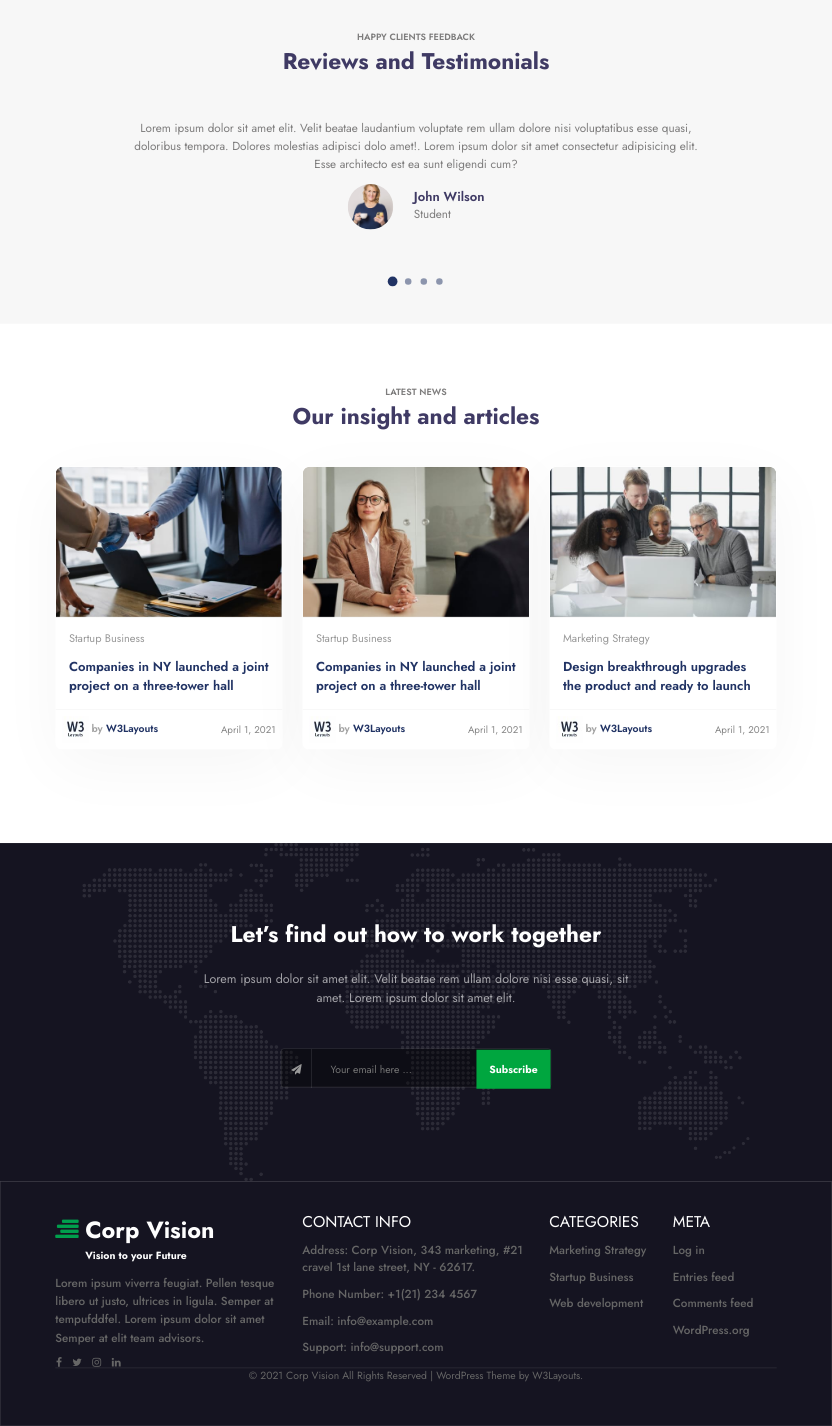
Repository: khaipnp/corpvision
Page: index.html
The author's editor kept a copy of each file at every save. The page is drawn from the files as they stood at one save, then again after the next save.
The browser window is 1280 px wide. The pictures show the whole page, at 65% of full size.

Above is the page before, as saved 2021-07-04 15:25:51.

### index.html
<!DOCTYPE html>
<html lang="en">
  <head>
    <meta charset="UTF-8" />
    <meta http-equiv="X-UA-Compatible" content="IE=edge" />
    <meta name="viewport" content="width=device-width, initial-scale=1.0" />
    <title>Corpvision</title>
    <meta name="description" content="Corpvision Website" />
    <!-- FONT-GOOGLE -->
    <link rel="preconnect" href="https://fonts.gstatic.com" />
    <link
      href="https://fonts.googleapis.com/css2?family=Jost:ital,wght@0,100;0,200;0,300;0,400;0,500;0,600;0,700;0,800;0,900;1,400&display=swap"
      rel="stylesheet"
    />
    <!-- FONT-AWSOME -->
    <link
      rel="stylesheet"
      href="https://cdnjs.cloudflare.com/ajax/libs/font-awesome/5.15.3/css/all.min.css"
      integrity="sha512-iBBXm8fW90+nuLcSKlbmrPcLa0OT92xO1BIsZ+ywDWZCvqsWgccV3gFoRBv0z+8dLJgyAHIhR35VZc2oM/gI1w=="
      crossorigin="anonymous"
      referrerpolicy="no-referrer"
    />
    <link rel="stylesheet" href="./css/font-awesome.min.css" />
    <!-- OWL CAROUSEL -->
    <link
      rel="stylesheet"
      href="https://cdnjs.cloudflare.com/ajax/libs/OwlCarousel2/2.3.4/assets/owl.carousel.min.css"
      integrity="sha512-tS3S5qG0BlhnQROyJXvNjeEM4UpMXHrQfTGmbQ1gKmelCxlSEBUaxhRBj/EFTzpbP4RVSrpEikbmdJobCvhE3g=="
      crossorigin="anonymous"
      referrerpolicy="no-referrer"
    />
    <link
      rel="stylesheet"
      href="https://cdnjs.cloudflare.com/ajax/libs/OwlCarousel2/2.3.4/assets/owl.theme.default.css"
      integrity="sha512-OTcub78R3msOCtY3Tc6FzeDJ8N9qvQn1Ph49ou13xgA9VsH9+LRxoFU6EqLhW4+PKRfU+/HReXmSZXHEkpYoOA=="
      crossorigin="anonymous"
      referrerpolicy="no-referrer"
    />
    <!-- BOOTSTRAP -->
    <link
      rel="stylesheet"
      href="https://cdn.jsdelivr.net/npm/bootstrap@4.6.0/dist/css/bootstrap.min.css"
      integrity="sha384-B0vP5xmATw1+K9KRQjQERJvTumQW0nPEzvF6L/Z6nronJ3oUOFUFpCjEUQouq2+l"
      crossorigin="anonymous"
    />
    <!-- MAIN CSS -->
    <link rel="stylesheet" href="./css/main.css" />
  </head>
  <body>
    <header></header>
    <section class="feedback">
      <div class="feedback__content py-5">
        <div class="container">
          <h5 class="small-title col-12 text-center">Happy clients Feedback</h5>
          <h3 class="big-title col-12 text-center">Reviews and Testimonials</h3>
          <div class="testimonials owl-carousel owl-theme">
            <div class="testimonials__item">
              <p class="text-center col-12">
                Lorem ipsum dolor sit amet elit. Velit beatae laudantium
                voluptate rem ullam dolore nisi voluptatibus esse quasi,
                doloribus tempora. Dolores molestias adipisci dolo amet!. Lorem
                ipsum dolor sit amet consectetur adipisicing elit. Esse
                architecto est ea sunt eligendi cum?
              </p>
              <div
                class="
                  testimonials__desc
                  row
                  align-items-center
                  justify-content-center
                "
              >
                <div class="avatar mr-3">
                  <img src="./img/team1.jpg" alt="team 1" />
                </div>
                <div class="name ml-3">
                  <h3>John Wilson</h3>
                  <p>Student</p>
                </div>
              </div>
            </div>
            <div class="testimonials__item">
              <p class="text-center col-12">
                Lorem ipsum dolor sit amet elit. Velit beatae laudantium
                voluptate rem ullam dolore nisi voluptatibus esse quasi,
                doloribus tempora. Dolores molestias adipisci dolo amet!. Lorem
                ipsum dolor sit amet consectetur adipisicing elit. Esse
                architecto est ea sunt eligendi cum?
              </p>
              <div
                class="
                  testimonials__desc
                  row
                  align-items-center
                  justify-content-center
                "
              >
                <div class="avatar mr-3">
                  <img src="./img/team2.jpg" alt="team 2" />
                </div>
                <div class="name ml-3">
                  <h3>Julia Sakura</h3>
                  <p>Student</p>
                </div>
              </div>
            </div>
            <div class="testimonials__item">
              <p class="text-center col-12">
                Lorem ipsum dolor sit amet elit. Velit beatae laudantium
                voluptate rem ullam dolore nisi voluptatibus esse quasi,
                doloribus tempora. Dolores molestias adipisci dolo amet!. Lorem
                ipsum dolor sit amet consectetur adipisicing elit. Esse
                architecto est ea sunt eligendi cum?
              </p>
              <div
                class="
                  testimonials__desc
                  row
                  align-items-center
                  justify-content-center
                "
              >
                <div class="avatar mr-3">
                  <img src="./img/team3.jpg" alt="team 3" />
                </div>
                <div class="name ml-3">
                  <h3>Roy Linderson</h3>
                  <p>Student</p>
                </div>
              </div>
            </div>
            <div class="testimonials__item">
              <p class="text-center col-12">
                Lorem ipsum dolor sit amet elit. Velit beatae laudantium
                voluptate rem ullam dolore nisi voluptatibus esse quasi,
                doloribus tempora. Dolores molestias adipisci dolo amet!. Lorem
                ipsum dolor sit amet consectetur adipisicing elit. Esse
                architecto est ea sunt eligendi cum?
              </p>
              <div
                class="
                  testimonials__desc
                  row
                  align-items-center
                  justify-content-center
                "
              >
                <div class="avatar mr-3">
                  <img src="./img/team4.jpg" alt="team 4" />
                </div>
                <div class="name ml-3">
                  <h3>Smith Johnson</h3>
                  <p>Student</p>
                </div>
              </div>
            </div>
          </div>
        </div>
      </div>
    </section>
    <section class="news py-5">
      <div class="news__content py-5">
        <div class="container">
          <h5 class="small-title col-12 text-center">LATEST NEWS</h5>
          <h3 class="big-title col-12 text-center">Our insight and articles</h3>
          <div class="row py-5">
            <div class="news__item col-md-6 col-lg-4">
              <div class="news__card">
                <div class="card__thumbnail p-0 position-relative">
                  <img src="./img/blog1.jpg" alt="blog 1" />
                </div>
                <div class="card__content">
                  <p>Startup Business</p>
                  <a href="#">Companies in NY launched a joint project on a three-tower
                    hall</a>
                </div>
                <div class="card__footer">
                  <span><img src="./img/icon.jpeg" alt="" /> by <a href="#">W3Layouts</a></span>
                  <p>April 1, 2021</p>
                </div>
              </div>
            </div>
            <div class="news__item col-md-6 col-lg-4">
              <div class="news__card">
                <div class="card__thumbnail p-0 position-relative">
                  <img src="./img/blog2.jpg" alt="blog 1" />
                </div>
                <div class="card__content">
                  <p>Startup Business</p>
                  <a href="#">Companies in NY launched a joint project on a three-tower
                    hall</a>
                </div>
                <div class="card__footer">
                  <span><img src="./img/icon.jpeg" alt="" /> by <a href="#">W3Layouts</a></span>
                  <p>April 1, 2021</p>
                </div>
              </div>
            </div>
            <div class="news__item col-md-6 col-lg-4">
              <div class="news__card">
                <div class="card__thumbnail p-0 position-relative">
                  <img src="./img/blog3.jpg" alt="blog 1" />
                </div>
                <div class="card__content">
                  <p>Marketing Strategy</p>
                  <a href="#">Design breakthrough upgrades the product and ready to launch</a>
                </div>
                <div class="card__footer">
                  <span><img src="./img/icon.jpeg" alt="" /> by <a href="#">W3Layouts</a></span>
                  <p>April 1, 2021</p>
                </div>
              </div>
            </div>
          </div>
        </div>
      </div>
    </section>
    <div class="subscribe py-5">
      <div class="container">
        <div class="sub__box my-5 mx-auto align-items-center justify-content-center">
          <h3 class="big-title py-4 col-12 text-center">Let’s find out how to work together<h3>
          <p class="col-12 text-center">Lorem ipsum dolor sit amet elit. Velit beatae rem ullam dolore nisi esse quasi, sit amet. Lorem ipsum dolor sit amet elit.</p>
          <div class="input__email justify-content-center py-5">
            <form>
              <i class="fa fa-paper-plane"></i>
              <input type="email" placeholder="Your email here ...">
              <button>Subscribe</button>
            </form>
          </div>
        </div>
      </div>
    </div>
    <footer>
      <div class="footer__info container py-5">
        <div class="row">
          <div class="footer__content col-md-6 col-lg-4">
            <div class="logo__footer__content pb-3">
              <div class="logo__footer"><i class="fa fa-align-right"></i>Corp Vision</div>
              <div class="slogan">Vision to your Future</div>
            </div>
            <p>Lorem ipsum viverra feugiat. Pellen tesque libero ut justo, ultrices in ligula. Semper at tempufddfel. Lorem ipsum dolor sit amet Semper at elit team advisors.</p>
            <div class="social__network row justify-content-start">
              <i class="fa fa-facebook pl-3"></i>
              <i class="fa fa-twitter pl-3"></i>
              <i class="fa fa-instagram pl-3"></i>
              <i class="fa fa-linkedin pl-3"></i>
            </div>
          </div>
          <div class="footer__content col-md-6 col-lg-4 mt-md-0 mt-5">
            <h4>CONTACT INFO</h4>
            <ul class="list-group list-group-flush">
              <li class="list-group-item">Address: Corp Vision, 343 marketing, #21 cravel 1st lane street, NY - 62617.</li>
              <li class="list-group-item">Phone Number: <a href="tel:+1212344567">+1(21) 234 4567</a></li>
              <li class="list-group-item">Email: <a href="mailto:">info@example.com</a></li>
              <li class="list-group-item">Support: <a href="mailto:">info@support.com</a></li>
            </ul>
          </div>
          <div class="footer__content col-md-6 col-lg-2 mt-lg-0 mt-5">
            <h4>CATEGORIES</h4>
            <ul class="list-group list-group-flush">
              <li class="list-group-item"><a href="/">Marketing Strategy</a></li>
              <li class="list-group-item"><a href="/">Startup Business</a></li>
              <li class="list-group-item"><a href="/">Web development</a></li>
            </ul>
          </div>
          <div class="footer__content col-md-6 col-lg-2 mt-lg-0 mt-5">
            <h4>META</h4>
            <ul class="list-group list-group-flush">
              <li class="list-group-item"><a href="/">Log in</a></li>
              <li class="list-group-item"><a href="/">Entries feed</a></li>
              <li class="list-group-item"><a href="/">Comments feed</a></li>
              <li class="list-group-item"><a href="/">WordPress.org</a></li>
            </ul>
          </div>
        </div>
        <div class="copyright text-center">
          <div class="container">
            <p>© 2021 Corp Vision All Rights Reserved | WordPress Theme by W3Layouts.</p>
          </div>
        </div>
      </div>
    </footer>
    <!-- SCRIPT -->
    <!-- BOOTSTRAP -->
    <script
      src="https://cdnjs.cloudflare.com/ajax/libs/jquery/3.6.0/jquery.js"
      integrity="sha512-n/4gHW3atM3QqRcbCn6ewmpxcLAHGaDjpEBu4xZd47N0W2oQ+6q7oc3PXstrJYXcbNU1OHdQ1T7pAP+gi5Yu8g=="
      crossorigin="anonymous"
      referrerpolicy="no-referrer"
    ></script>
    <script
      src="https://cdn.jsdelivr.net/npm/bootstrap@4.6.0/dist/js/bootstrap.bundle.min.js"
      integrity="sha384-Piv4xVNRyMGpqkS2by6br4gNJ7DXjqk09RmUpJ8jgGtD7zP9yug3goQfGII0yAns"
      crossorigin="anonymous"
    ></script>
    <!-- OWL CAROUSEL -->
    <script src="./js/owl.carousel.min.js"></script>
    <script>
      $(document).ready(function () {
        $(".owl-carousel").owlCarousel({
          navigation: false,
          slideSpeed: 300,
          paginationSpeed: 400,
          singleItem: true,
          items: 1,
          // itemsDesktop : false,
          // itemsDesktopSmall : false,
          // itemsTablet: false,
          // itemsMobile : false
        });
      });
    </script>
  </body>
</html>

### css/main.css
* {
  padding: 0;
  margin: 0;
  box-sizing: border-box;
}

html,
body {
  font-family: "Jost", sans-serif;
  background: #fff;
}

.small-title {
  color: #7e7d7d;
  font-size: 14px;
  font-weight: 600;
  text-transform: uppercase;
}

.big-title {
  color: #3f3a64;
  font-size: 35px;
  font-weight: 700;
}

/* FEEDBACK */
.feedback {
  background-color: #f7f7f7;
}

.testimonials__item {
  margin: 60px auto;
  display: block;
  max-width: 900px;
  height: auto;
}

.testimonials__item p {
  color: #7e7d7d;
  font-size: 18px;
  line-height: 28px;
}

.testimonials__desc .avatar {
  width: 70px;
  height: 70px;
  overflow: hidden;
  border-radius: 50%;
}

.testimonials__desc .avatar img {
  width: 100%;
  height: 100%;
  object-fit: cover;
}

.name h3 {
  font-size: 20px;
  margin: 0;
  font-weight: 600;
  color: #3f3a64;
}
.name p {
  font-style: normal;
  margin-bottom: 0;
}

.owl-theme .owl-dots .owl-dot.active span,
.owl-theme .owl-dots .owl-dot span {
  background: rgba(33, 51, 100, 0.5);
  transform: scale(1);
  transition: all 0.5s;
}

.owl-theme .owl-dots .owl-dot.active span,
.owl-theme .owl-dots .owl-dot:hover span {
  background: #213364 !important;
  transform: scale(1.5);
}

/* NEWS */
.news__card {
  background-color: #fff;
  box-shadow: 0 25px 98px 0 rgb(0 0 0 / 4%);
  border: 1px solid transparent;
  border-radius: 10px;
}

.card__thumbnail {
  overflow: hidden;
  border-radius: 10px 10px 0 0;
}

.card__thumbnail img {
  width: 100%;
  border-radius: 10px 10px 0 0;
  object-fit: cover;
  cursor: pointer;
  transition: all 0.5s;
}

.card__thumbnail img:hover {
  transform: scale(1.15);
}

.card__content {
  padding: 20px;
}

.card__content p {
  color: #999;
  font-size: 17px;
  font-weight: 400;
}

.card__content a {
  text-decoration: none;
  color: #213364;
  font-size: 20px;
  font-weight: 600;
  transition: all 0.5s;
  cursor: pointer;
}

.card__content a:hover {
  color: #00a63f;
}

.card__footer {
  display: flex;
  justify-content: space-between;
  align-items: center;
  border-top: 1px solid rgba(126, 125, 125, 0.1);
  padding: 10px;
}

.card__footer a {
  color: #213364;
  font-size: 1rem;
  font-weight: 600;
  cursor: pointer;
  transition: all 0.5s;
  text-decoration: none;
}

.card__footer a:hover {
  color: #00a63f;
}

.card__footer img {
  cursor: pointer;
}

.card__footer span {
  color: rgb(102, 102, 102, 0.6);
  font-weight: 600;
}

.card__footer p {
  margin-bottom: 0;
  font-size: 15px;
  color: rgb(102, 102, 102, 0.8);
}

/* SUBCRIBE */
.subscribe {
  background-image: url(../img/map.png);
  background-color: #151421;
  background-size: contain;
  background-repeat: no-repeat;
  background-position: center;
}

.sub__box {
  max-width: 700px;
}

.sub__box .big-title {
  color: #fff;
}

.sub__box p {
  font-size: 1.2rem;
  color: rgba(255, 255, 255, 0.6);
  line-height: 1.5;
  font-weight: 400;
}

.input__email {
  display: flex;
}

.input__email form {
  border: 1px solid rgb(255, 255, 255, 0.15);
  border-radius: 5px;
  height: 60px;
  background: rgb(0, 0, 0, 0.35);
  max-width: 550px;
}

.input__email input {
  color: #999;
  padding: 20px 20px;
  border: none;
  font-size: 1rem;
  outline: none;
  background: none;
}

.input__email button {
  background-color: #00a63f;
  color: #fff;
  height: 60px;
  padding: 0 20px;
  border: none;
  font-size: 1rem;
  font-weight: 700;
  line-height: 60px;
  text-align: center;
}

.input__email i {
  text-align: center;
  color: #999;
  font-size: 1rem;
  border-right: 1px solid rgb(255, 255, 255, 0.15);
  line-height: 60px;
  padding: 0 15px;
}

/* FOOTER */

footer {
  background-color: #151421;
  border: 1px solid rgb(255, 255, 255, 0.15);
}

.footer__content p {
  color: #666;
  font-size: 18px;
  line-height: 28px;
  font-weight: 500;
}

.logo__footer {
  display: inline-block;
  font-size: 36px;
  font-weight: bold;
  color: #fefefe;
}

.logo__footer i {
  color: #009f4d !important;
  font-size: 36px !important;
  margin-right: 10px;
}

.slogan {
  padding-left: 46px;
  font-weight: bold;
  color: #fefefe;
}

.footer__content a {
  text-decoration: none;
  color: #666;
  transition: all 0.5s ease;
  font-weight: 500;
}

.footer__content a:hover {
  text-decoration: none;
  color: #fefefe;
}

.footer__content i {
  color: #666;
}

.footer__content h4 {
  color: #fefefe;
  font-weight: normal;
}

.footer__content .list-group-item {
  background-color: transparent !important;
  color: #666;
  border: none !important;
  font-size: 18px;
  padding: 7px 0 !important;
  font-weight: 500;
}
.copyright {
  border-top: 1px solid rgba(249, 249, 249, 0.1);
}

.copyright p {
  color: #666;
}

Loaded but not shown: css/font-awesome.min.css (library); js/owl.carousel.min.js (library)

After the next save:
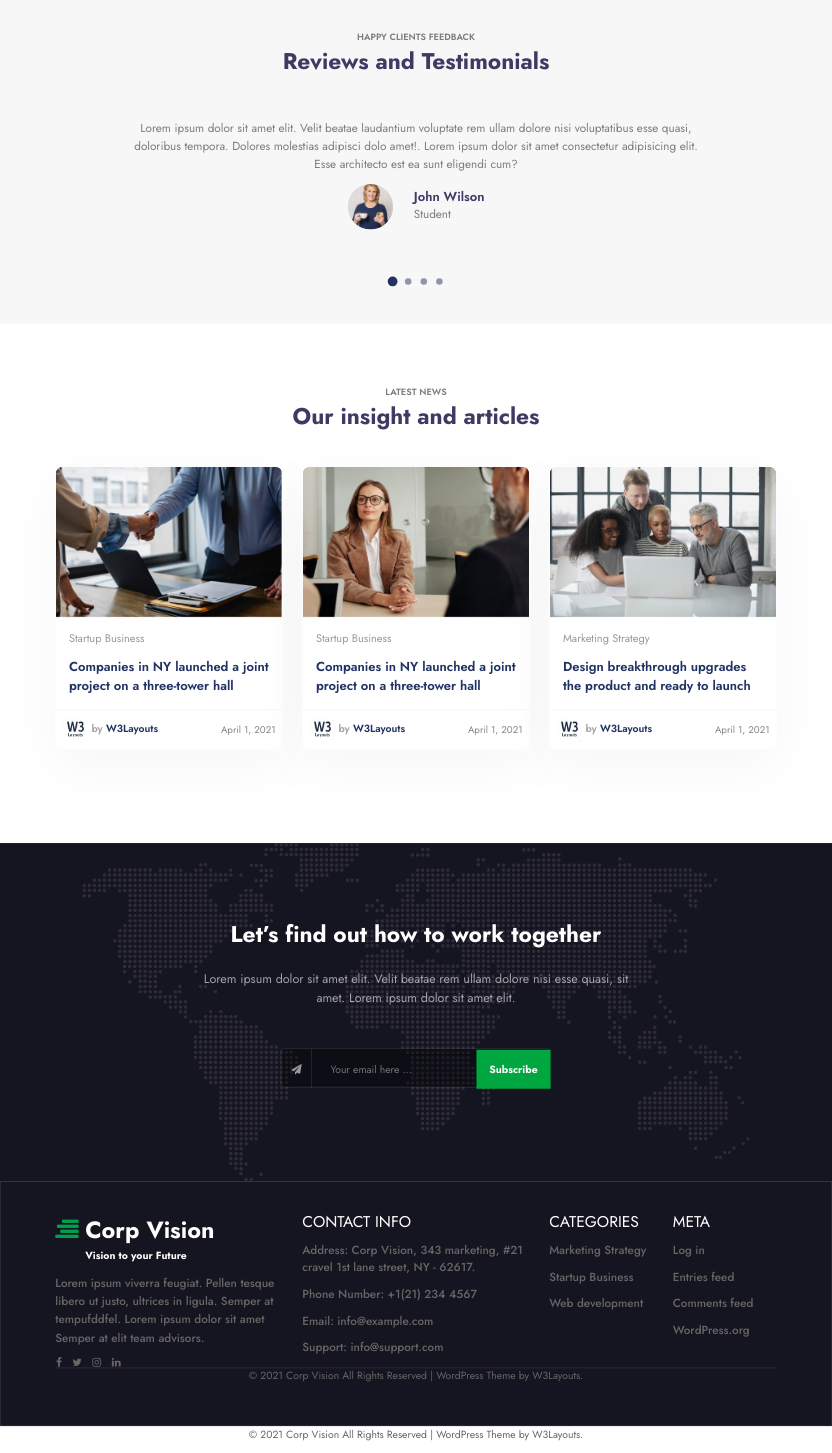
Saved 53 min 40 s later.
--- a/index.html
+++ b/index.html
@@ -280,6 +280,11 @@
         </div>
       </div>
     </footer>
+    <div class="copyright text-center">
+      <div class="container">
+        <p>© 2021 Corp Vision All Rights Reserved | WordPress Theme by W3Layouts.</p>
+      </div>
+    </div>
     <!-- SCRIPT -->
     <!-- BOOTSTRAP -->
     <script

After the save that followed:
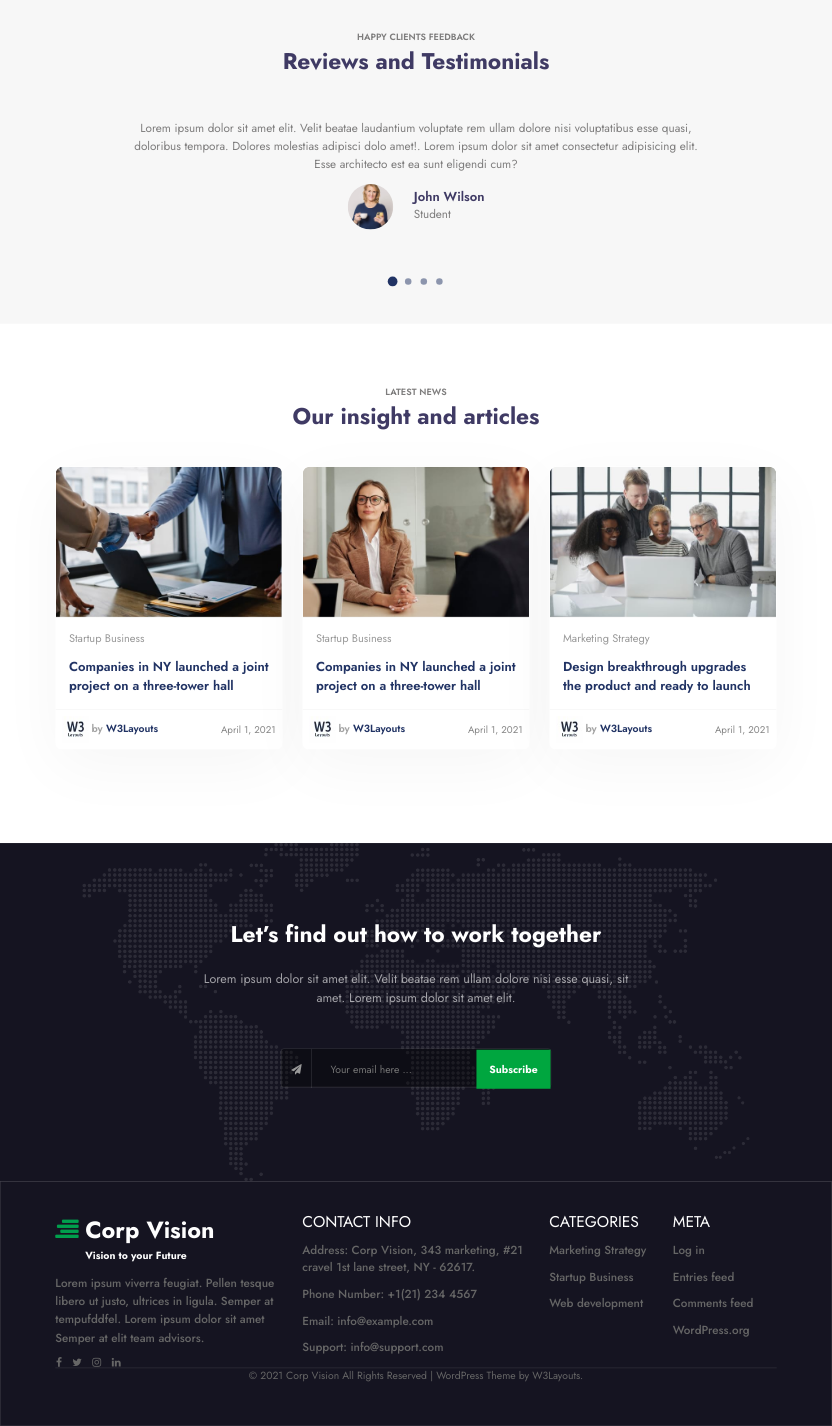
Saved 19 s later.
--- a/index.html
+++ b/index.html
@@ -280,11 +280,6 @@
         </div>
       </div>
     </footer>
-    <div class="copyright text-center">
-      <div class="container">
-        <p>© 2021 Corp Vision All Rights Reserved | WordPress Theme by W3Layouts.</p>
-      </div>
-    </div>
     <!-- SCRIPT -->
     <!-- BOOTSTRAP -->
     <script
